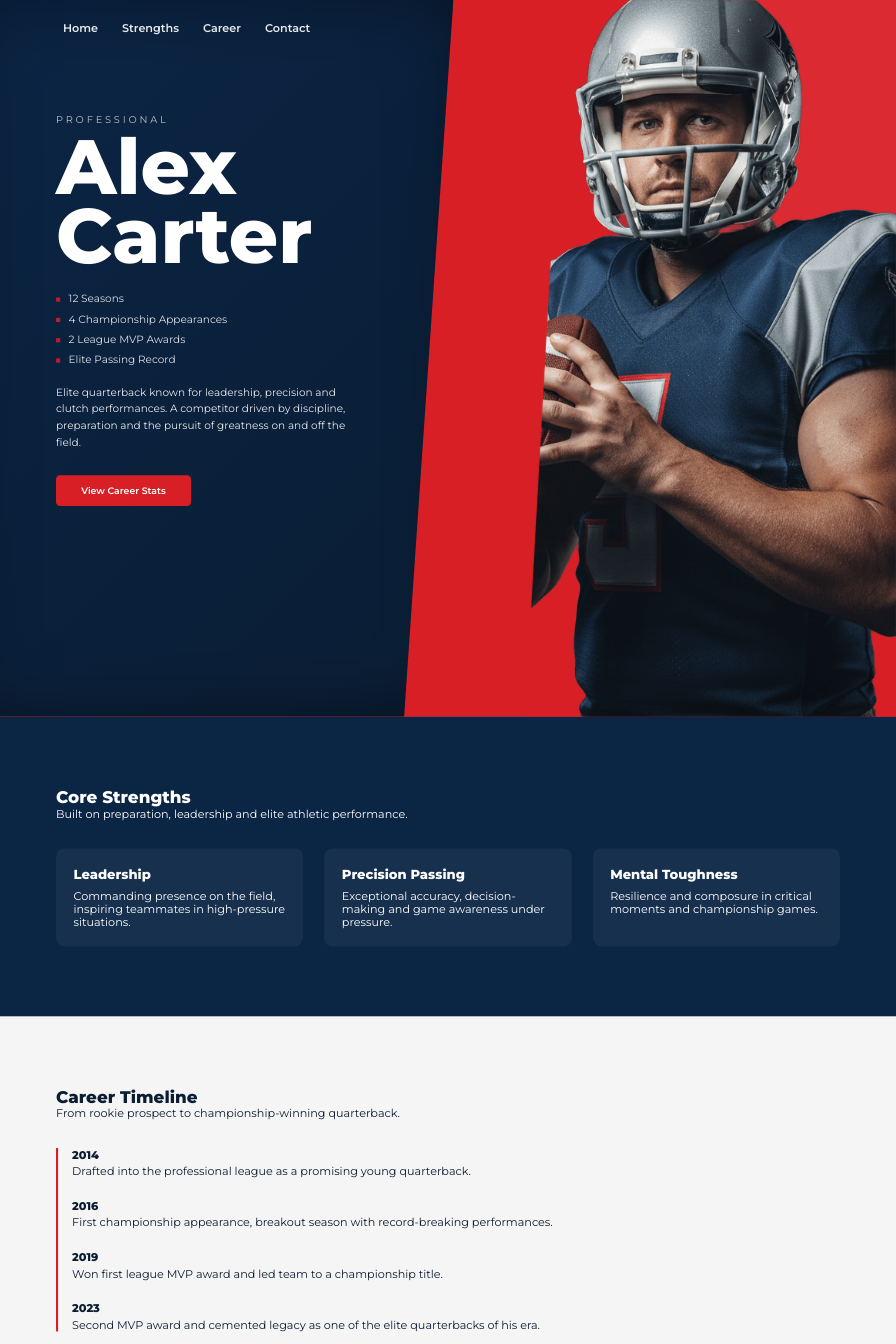
Repository: davidfsillva/Alex-Carter
Page: index.html
An editor plug-in stored every save of this project. The page is shown before and after the next save, followed by the edit.
The browser window is 1280 px wide. The pictures show the part of the page from y = 0 to 1920 px (the page is 2644 px tall), at 70% of full size.

Above is the page before, as saved 2026-02-11 08:47:57.

After the next save:
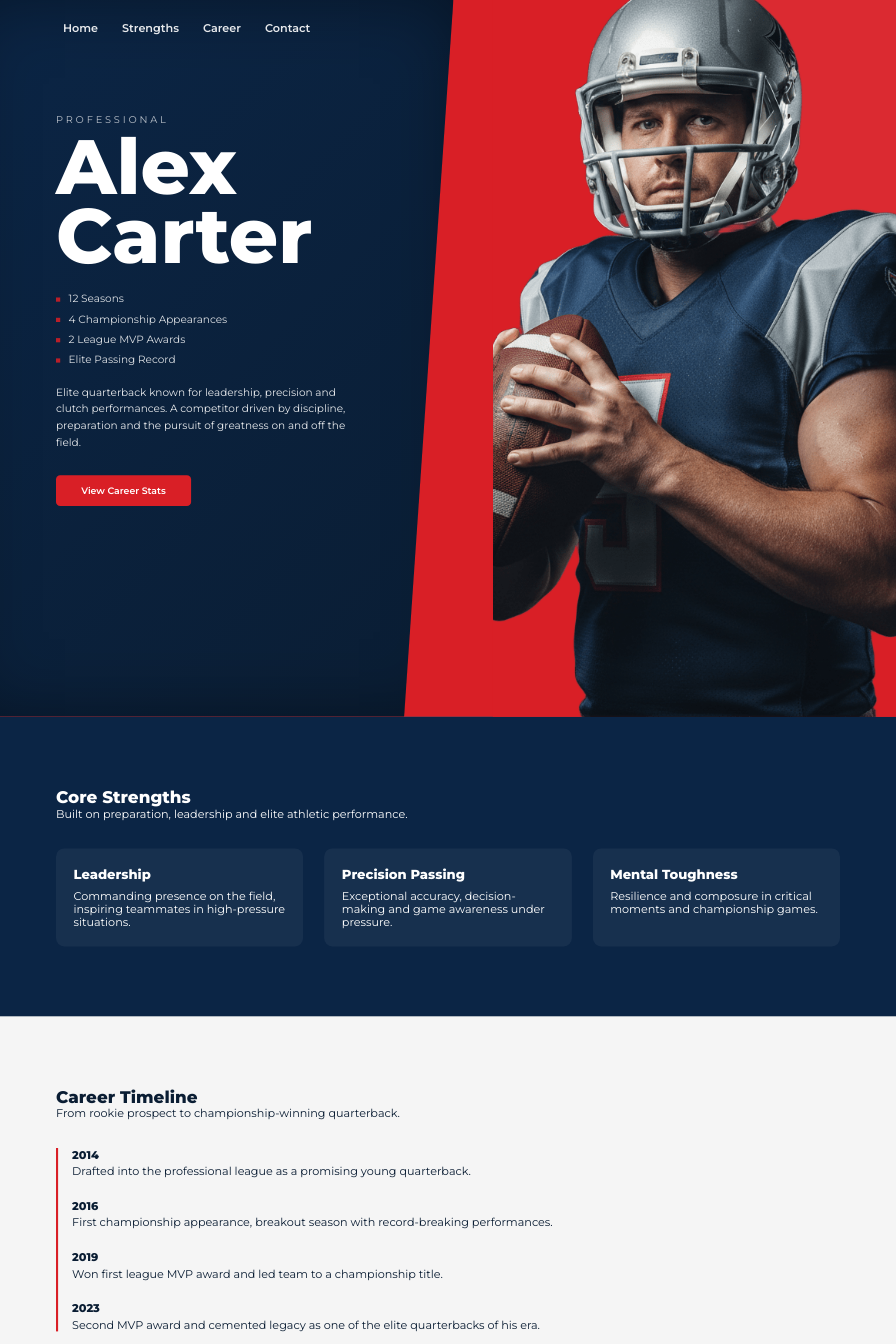
Saved 37 s later.
--- a/style.css
+++ b/style.css
@@ -151,7 +151,6 @@
   position: relative;
   overflow: hidden;
 
-  clip-path: polygon(18% 0%, 100% 0%, 100% 100%, 8% 100%);
 }
 
 

After the save that followed:
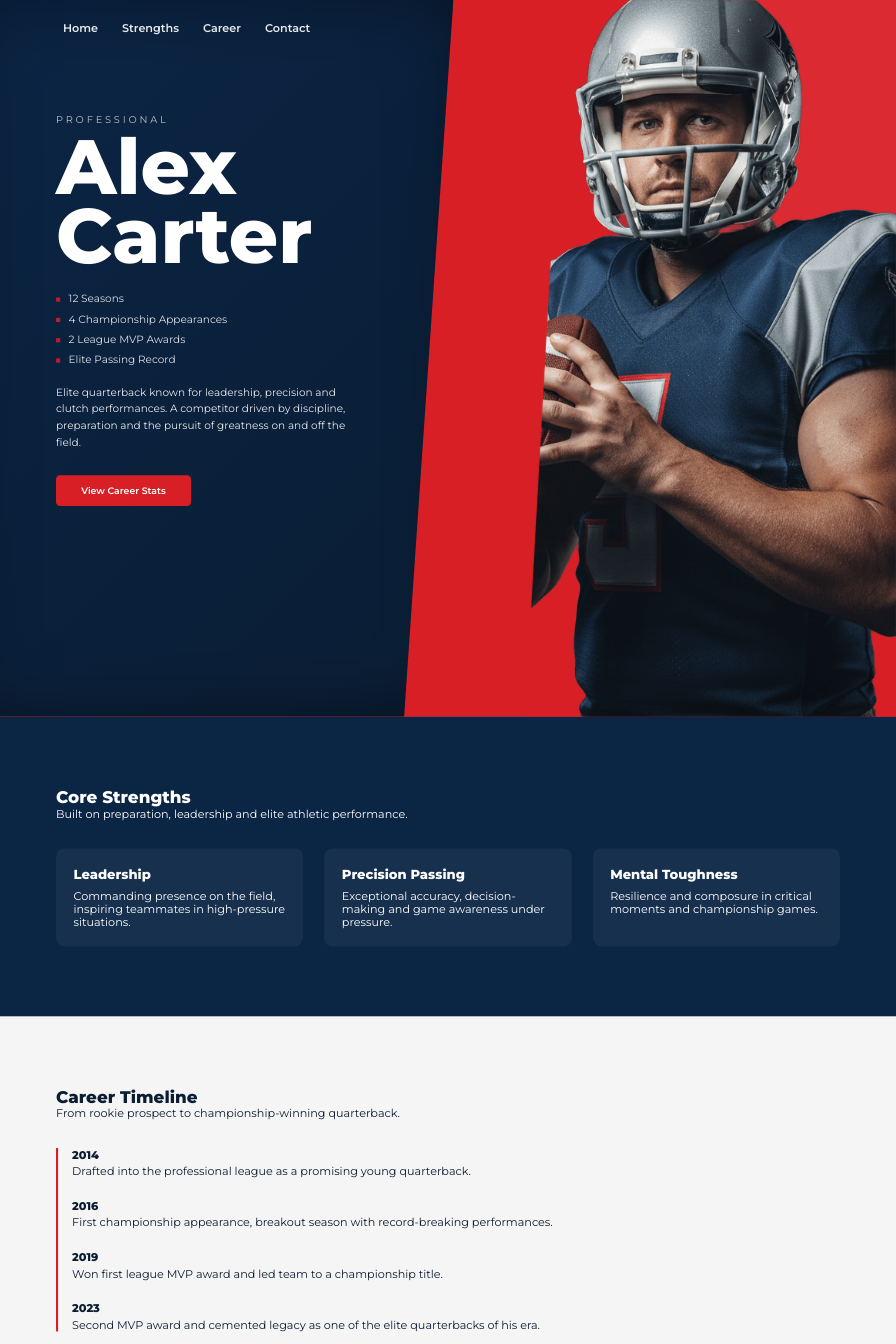
Saved 15 s later.
--- a/style.css
+++ b/style.css
@@ -151,6 +151,7 @@
   position: relative;
   overflow: hidden;
 
+  clip-path: polygon(18% 0%, 100% 0%, 100% 100%, 8% 100%);
 }
 
 
